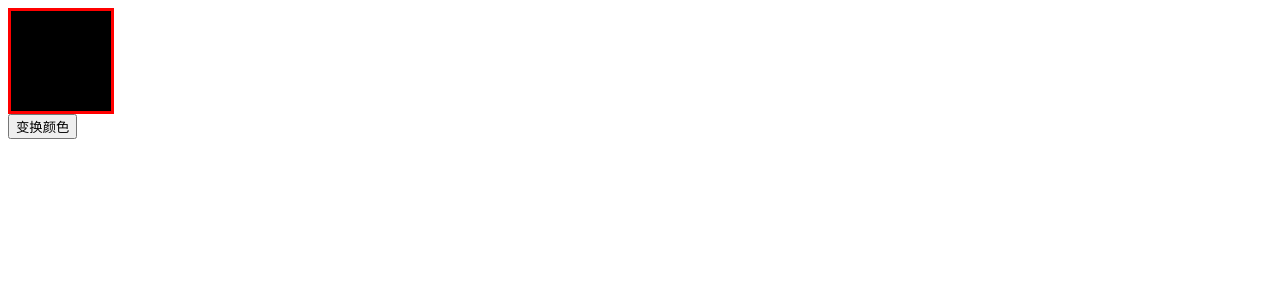
Repository: ArtemisWang/react-lifestyle
Page: /
An editor plug-in stored every save of this project. The page is shown before and after the next save, followed by the edit.
The browser window is 1280 px wide. The pictures show the whole page.
The project was rebuilt for these pictures with package versions that can differ from the ones it lists, and the page was loaded fresh each time.

Above is the page before, as saved 2020-04-01 22:21:20.

### src/App.js
import React, { Component } from 'react';
class App extends Component {
    constructor(props) {
        super(props);
        this.state = {
            color:"black",
        }
        this.handleColor=this.handleColor.bind(this)
    }
    render() {

        return (
            <div>
                <div style={{height:'100px',width:'100px',border:'solid red 3px',background:this.state.color}}></div>
                <button onClick={this.handleColor}>变换颜色</button>
            </div>
         );
    }
    handleColor(){
        this.setState({
            color:this.state.color==="black"?"red":"black",
        })
        console.log(this.state.color)
    }
}

export default App;

### src/AppChild.js
import React, { Component } from 'react';

class AppChild extends Component {
    constructor(props) {
        super(props);
        this.state = {  }
    }
    render() {
        return ( <div>
            <div style={{height:'100px',width:'100px',border:'solid red 3px',background:this.state.color}}></div>
        </div> );
    }
}

export default AppChild;

Loaded but not shown: public/index.html (common file); src/index.js (common file)

After the next save:
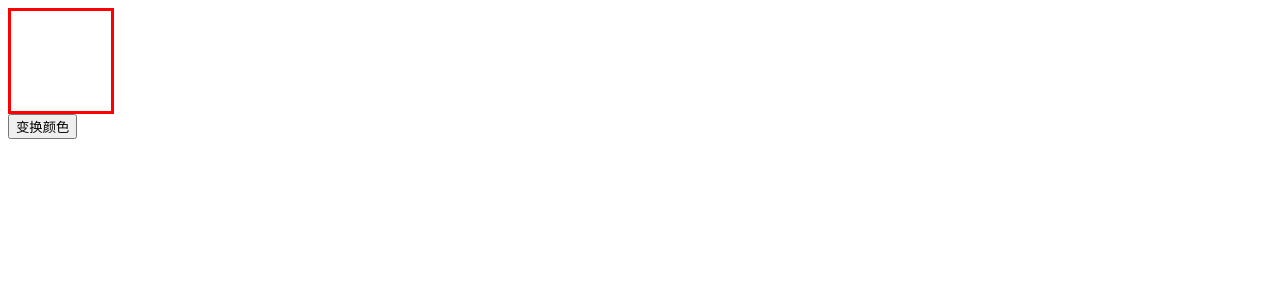
Saved 45 s later.
--- a/src/App.js
+++ b/src/App.js
@@ -1,4 +1,5 @@
 import React, { Component } from 'react';
+import AppChild from './AppChild'
 class App extends Component {
     constructor(props) {
         super(props);
@@ -11,7 +12,7 @@
 
         return (
             <div>
-                <div style={{height:'100px',width:'100px',border:'solid red 3px',background:this.state.color}}></div>
+                <AppChild />
                 <button onClick={this.handleColor}>变换颜色</button>
             </div>
          );

After the 2 saves that followed:
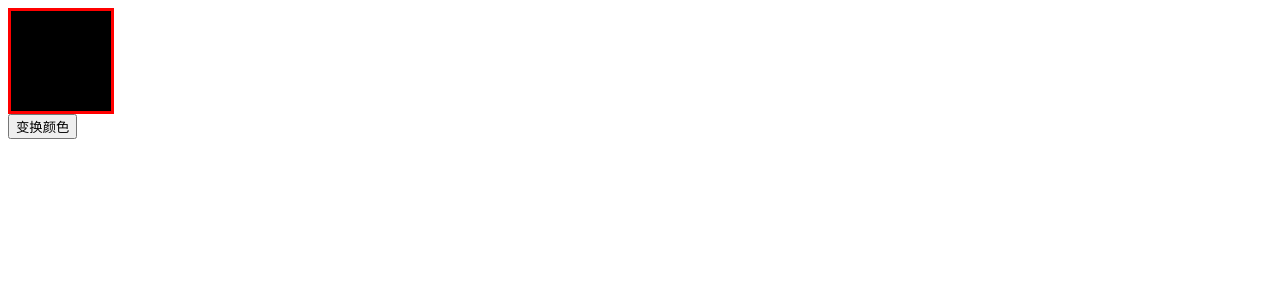
The 2 saves are shown as one change because 1 left the picture as it was.
The last was saved 81 s later.
--- a/src/App.js
+++ b/src/App.js
@@ -12,7 +12,7 @@
 
         return (
             <div>
-                <AppChild />
+                <AppChild color={this.state.color}/>
                 <button onClick={this.handleColor}>变换颜色</button>
             </div>
          );
--- a/src/AppChild.js
+++ b/src/AppChild.js
@@ -6,8 +6,9 @@ class AppChild extends Component {
         this.state = {  }
     }
     render() {
+        let {color}=this.props
         return ( <div>
-            <div style={{height:'100px',width:'100px',border:'solid red 3px',background:this.state.color}}></div>
+            <div style={{height:'100px',width:'100px',border:'solid red 3px',background:color}}></div>
         </div> );
     }
 }
